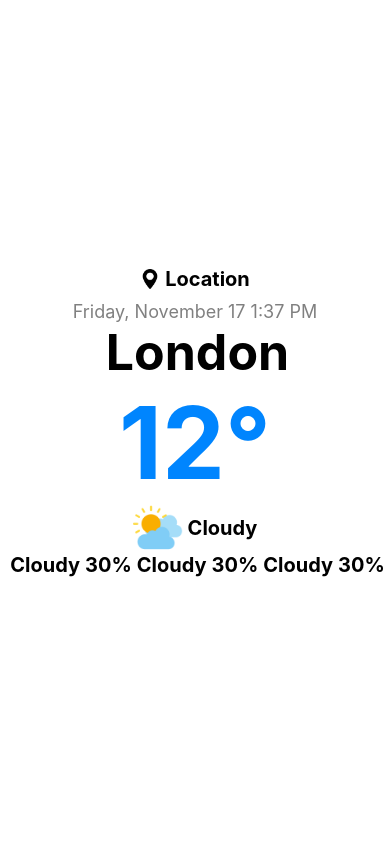
Repository: praveen080/react-native-weatherAppV1
Screen: /
These files come from the project's save history. The screen is drawn as it stood at one moment and after the next save; the edit follows.
The app was drawn by React Native's web renderer in a window 390 px wide. The project was rebuilt for these pictures with package versions that can differ from the ones it lists, and the page was loaded fresh each time. Also part of the build but not shown: Screens/startUp.js.

Above is the screen before, as saved 2023-11-17 13:49:28.

After the next save:
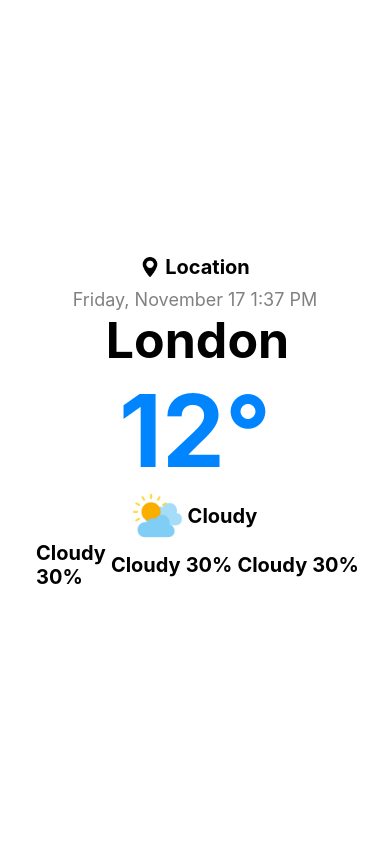
Saved 13 s later.
--- a/Screens/Home.js
+++ b/Screens/Home.js
@@ -43,7 +43,7 @@ const Home = () => {
         <Text style={styles.locationText}>Cloudy</Text>
       </View>
       <View style={styles.locationContainer}>
-        <View style={styles.locationContainer}>
+        <View style={styles}>
           <Text style={styles.locationText}>Cloudy</Text>
           <Text style={styles.locationText}>30%</Text>
         </View>
